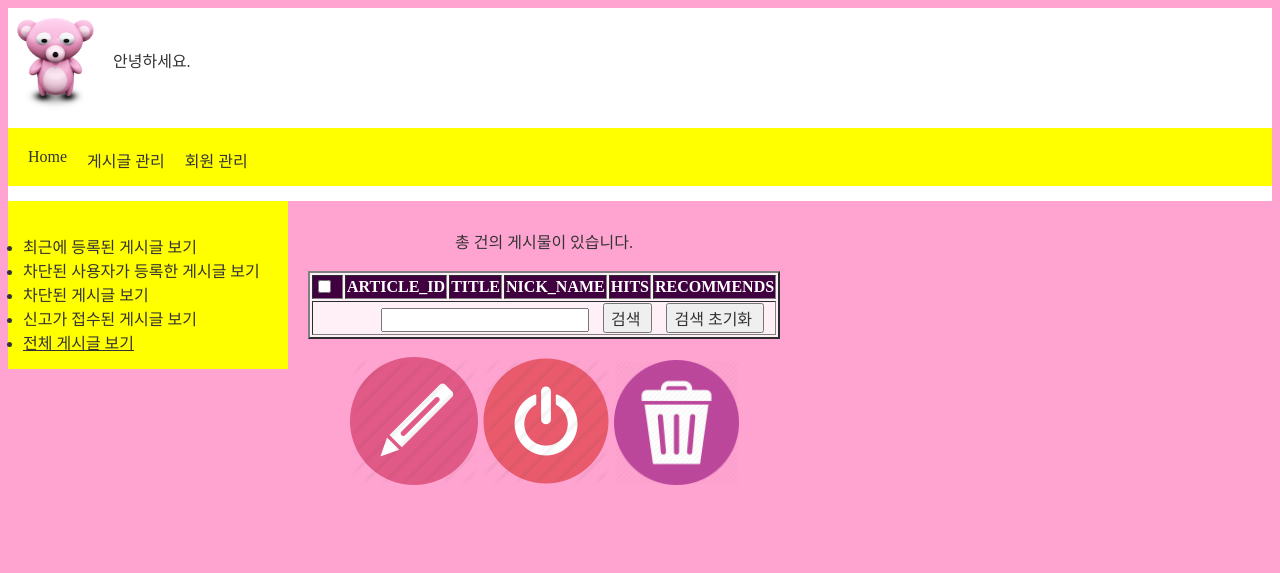
Repository: BaekJiGyeong/JSP_web
Page: http://localhost/Article-admin/WEB-INF/view/article/list.jsp
These files come from the project's save history. The page is drawn as it stood at one moment and after the next save; the edit follows.
The browser window is 1280 px wide. The pictures show the whole page.
The page is served by Tomcat 9. Nobody is signed in. Other server files are loaded and not shown. The template is opened directly, without the code that normally fills it, so the values that code supplies are empty.

Above is the page before, as saved 2016-03-16 02:22:55.

### Article-admin/WebContent/WEB-INF/view/article/list.jsp
<%@ page language="java" contentType="text/html; charset=UTF-8"
    pageEncoding="UTF-8"%>

<%@taglib prefix="c" uri="http://java.sun.com/jsp/jstl/core" %>
<jsp:include page="/WEB-INF/view/common/header.jsp"></jsp:include>
<jsp:include page="/WEB-INF/view/article/leftMenu.jsp"></jsp:include>

<script type="text/javascript">
	$(document).ready(function(){
		$("#initSearchBtn").click(function(){
			location.href = "<c:url value="/list/init"/>";
		});

		$("#searchBtn").click(function(){
			if( $("#searchKeyword").val()=="" ) {
				alert("검색어를 입력하세요!");
				return;
			}
			movePage('0');
		});

		$("#massiveSelectCheckBox").click(function(){
			 var isChecked = $(this).prop("checked");
			 $(".deleteArticleId").prop("checked",isChecked);
		});


		$("#massiveDeleteBtn").click(function(){
			var isChecked = false;

			$(".deleteArticleId").each(function(index,data){

				if (data.checked ) {
					isChecked = data.checked
				}
			});

			 if (!isChecked){
			alert("삭제할 대상을 선택하세요");
			return;
		}
			if(confirm("정말 삭제하시겠습니까?")){
				var form=$("#massiveDeleteForm");
				form.attr("method", "POST");
				form.attr("action", "<c:url value="/massiveDelete"/>");
				form.submit();
			}
		});
	});
</script>

<body>
<div id="listcss" align="center">
	<br/>
	 총 ${articles.paging.totalArticleCount} 건의 게시물이 있습니다.
	<br/><br/>

	<table border="2" >
		<tr>
			<th><input type="checkbox" id="massiveSelectCheckBox"/></th>
			<th>ARTICLE_ID</th>
			<th>TITLE</th>
			<th>NICK_NAME</th>
			<th>HITS</th>
			<th>RECOMMENDS</th>
		</tr>

	<form id="massiveDeleteForm">
	<c:forEach items="${ articles.articleList }" var="articles">
		<tr>
			<td>
				<input type="checkbox" class="deleteArticleId"
						name = "deleteArticleId"
						value ="${articles.articleId }"/>
			</td>
			<td>${ articles.articleId }</td>
			<td>
				<a href="<c:url value="/detail?articleId=${articles.articleId }"/>">
					${ articles.title }
				</a>
				<c:if test="${articles.fileCount gt 0 }">
					[${articles.fileCount}개의 첨부파일 있음]
				</c:if>
			</td>
			<td>${ articles.nickName }</td>
			<td>${ articles.hits }</td>
			<td>${ articles.recommends }</td>
	</tr>
	</c:forEach>
	</form>

	<tr>
		<td colspan="6" text-align="center">
			<form id="searchForm">
			<div style="text-align:center;">
			${articles.paging.getPagingList("pageNo","[@]","[이전]", "[다음]", "searchForm")}
			</div>
			<div style="text-align:right;">
				<input type="text" id="searchKeyword" name="searchKeyword" value="${searchVO.searchKeyword}"/>
				<input type="button" id="searchBtn" value="검색 "/>
				<input type="button" id="initSearchBtn" value="검색 초기화 "/>
			</div>
			</form>

		</td>
	</tr>
	</table>
	<br/>


	<a href="<c:url value="/write"/>"><img src="<c:url value="/resource/img/write.png"/>" id="btnWrite" /></a>
	<a href="<c:url value="/logout"/>"><img src="<c:url value="/resource/img/exit.png"/>" id="btnExit" /></a>
	<img src="<c:url value="/resource/img/trashcan.png"/>" id="massiveDeleteBtn" width=125px height=125px; />


	</br>
</div>
</body>

### Article-admin/WebContent/WEB-INF/view/common/header.jsp
<%@ page language="java" contentType="text/html; charset=UTF-8"
    pageEncoding="UTF-8"%>
<%@ taglib prefix="c" uri="http://java.sun.com/jsp/jstl/core" %>
<!DOCTYPE html>
<html>
<head>
<meta http-equiv="Content-Type" content="text/html; charset=UTF-8">
<link rel="stylesheet" type="text/css" href="<c:url value="/resource/css/header.css"/>"/>
<link rel="stylesheet" type="text/css" href="<c:url value="/resource/css/login.css"/>"/>
<script type="text/javascript" src="<c:url value="/resource/js/jquery-1.12.1.js"/>"></script>


<title>관리자페이지</title>
</head>
<body>

	<div id="wrapper">

		<div id="header">


			<a href="<c:url value="/list"/>"><img src="<c:url value= "/resource/img/icon.png"/>"></a> <div>안녕하세요.</div>

		</div>
		<div class="clear"></div>
		<jsp:include page="/WEB-INF/view/common/topMenu.jsp"></jsp:include>
		<div class="clear"></div>

### Article-admin/WebContent/WEB-INF/view/common/topMenu.jsp
<%@ page language="java" contentType="text/html; charset=UTF-8"
    pageEncoding="UTF-8"%>

<%@ taglib prefix="c" uri="http://java.sun.com/jsp/jstl/core"%>

<script type="text/javascript">

$(document).ready(function(){

	$("#manageMember").click(function(){
		location.href = "<c:url value="/memberManage"/>";
	});

});
</script>

<div id="topNavi">
	<ul id="topMenu">
		<li>Home</li>
		<li>게시글 관리</li>
		<li id="manageMember">회원 관리</li>
	</ul>
</div>

### Article-admin/WebContent/WEB-INF/view/article/leftMenu.jsp
<%@ page language="java" contentType="text/html; charset=UTF-8"
    pageEncoding="UTF-8"%>
<%@ taglib prefix="c" uri="http://java.sun.com/jsp/jstl/core" %>
<div id="leftMenu">
	<ul>
		<li>최근에 등록된 게시글 보기</li>
		<li>차단된 사용자가 등록한 게시글 보기</li>
		<li>차단된 게시글 보기</li>
		<li>신고가 접수된 게시글 보기</li>
		<li>
			<a href="<c:url value="/list"/>">전체 게시글 보기</a>
		</li>
	</ul>
</div>

### Article-admin/WebContent/resource/css/header.css
@CHARSET "UTF-8";

body, input, div, span, p, a, td, th, caption, lable, h1, h2, h3, h4, h5, h6, textarea, iframe, ul, al, li, dd, dt, b, u, i, strong, pre, code, address, city, header, aside{
	color:#333333;
	font-family: "나눔바른고딕", "나눔고딕", "돋움체";
	font-size: 12pt;

}

table {
	background-color: #fff0f8;

}


img {
	/* 이미지 주변의 파란 줄 제거 */
	border: none;
}


body {
	background-color: #ffa4d1;
}

input {
	margin-right: 10px;
}
th {
	background-color: #400040;
	color:#ffffff;
}

div#wrapper {
	width: 100%;
	background-color: #FFFFFF;
}

div#header img {
	width: 95px;
	height: 95px;
	float: left;
	margin-top :10px;
	margin-right: 10px;
}

div#header div {
	padding-top: 40px;
	float: left;
}

div#listcss {
	float:left;
	background-color: #ffa4d1;
	padding : 10px;
}
div#reply{
	width: 50%;
}
ul#topMenu li{
	margin-left:20px;
	float:left;
	cursor: pointer;
}
ul#topMenu li:FIRST-CHILD{
	margin-left:0px;

}

div#topNavi ul#topMenu{
	list-style:none;
	display: inline;
	margin-left: 30px;
}
div#topNavi{
	padding-left: 20px;
	padding-top: 20px;
	padding-bottom: 20px;
	margin-top: 15px;
	margin-bottom: 15px;
	background-color: #ffff00;
}
div#leftMenu{
	float:left;
	width: 250px;
	height: 100%;
	padding: 15px;
	margin-right: 10px;
	background-color: #ffff00;


}
div#leftMenu ul{
	list-syle : none;
	display: inline;
}
div#leftMenu ul ui{
	padding-top:5px;
	padding-bottom:5px;
}
div#leftMenu ul ui:FIRST-CHILD{
	padding-top:0px;
}
div.clear{
	clear: both;
}

### Article-admin/WebContent/resource/css/login.css
@CHARSET "UTF-8";


#btnLogin{
	height:40px;
	float:right;
	margin-right:10px;
}
#btnJoin{
	height:40px;
	float:right;
	margin-right:10px;

}


div#login {
	text-align:right;
}


div#login input{
	margin-bottom:10px;
	float:right;
}

Loaded but not shown: Article-admin/WebContent/resource/js/jquery-1.12.1.js (library)

After the next save:
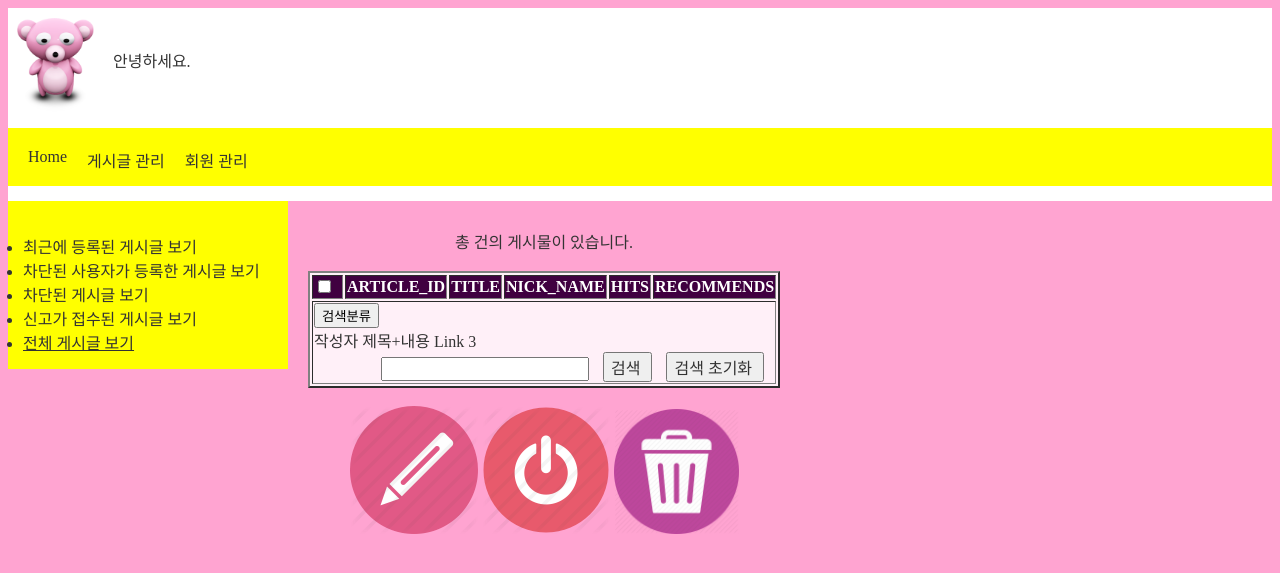
Saved 14 min 7 s later.
--- a/Article-admin/WebContent/WEB-INF/view/article/list.jsp
+++ b/Article-admin/WebContent/WEB-INF/view/article/list.jsp
@@ -92,6 +92,14 @@
 	<tr>
 		<td colspan="6" text-align="center">
 			<form id="searchForm">
+			<div class="dropdown">
+			  <button class="dropbtn">검색분류</button>
+			  <div class="dropdown-content">
+			    작성자
+			   제목+내용
+			   Link 3
+			  </div>
+			</div>
 			<div style="text-align:center;">
 			${articles.paging.getPagingList("pageNo","[@]","[이전]", "[다음]", "searchForm")}
 			</div>
